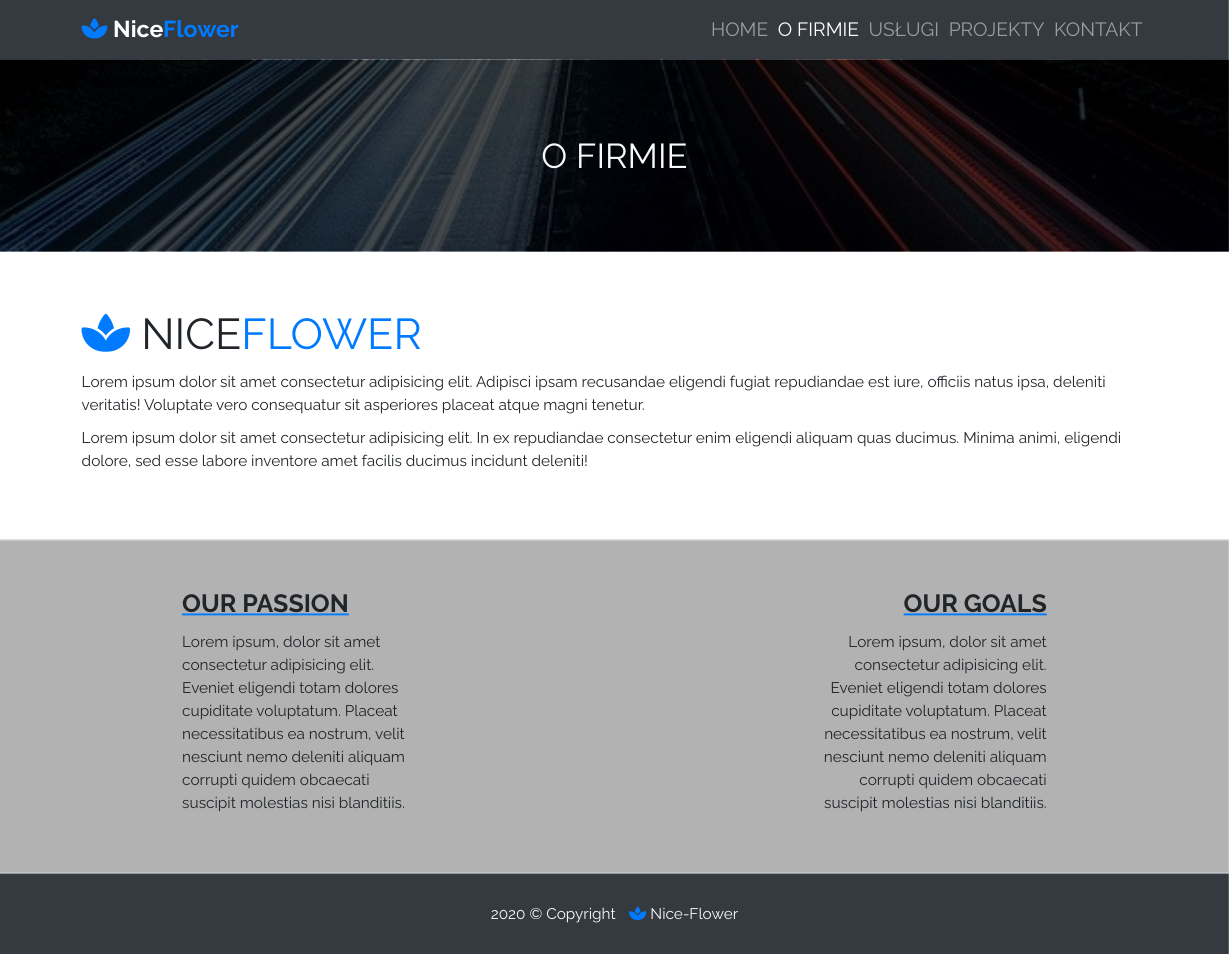
Repository: KrzysKolo/Projekt-13_Kwiaciarnia
Page: abouteus.html
An editor plug-in stored every save of this project. The page is shown before and after the next save, followed by the edit.
The browser window is 1280 px wide. The pictures show the whole page, at 96% of full size.
Some web libraries are served in a nearby version.

Above is the page before, as saved 2020-08-10 09:38:23.

After the next save:
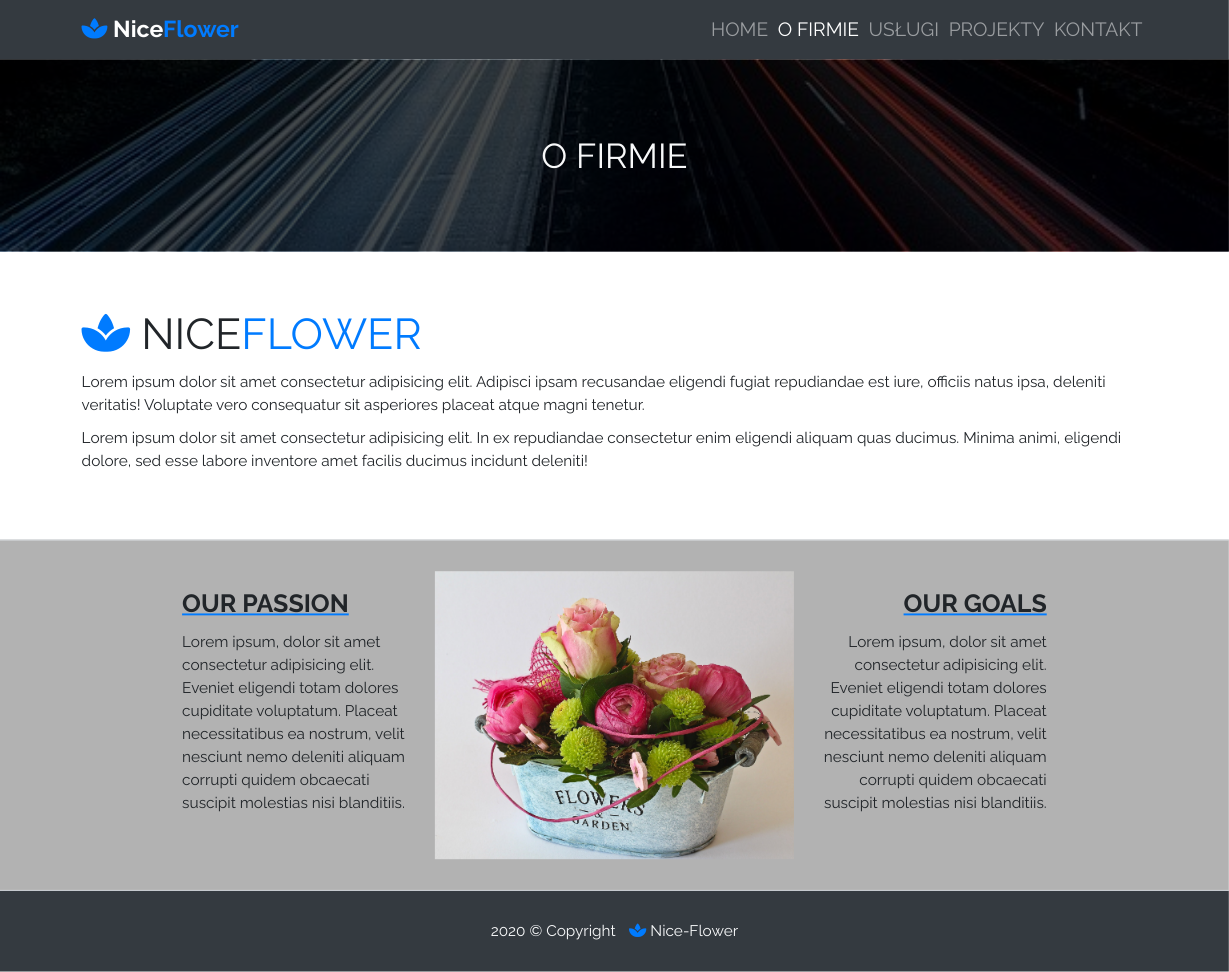
Saved 20 min 30 s later.
--- a/style.css
+++ b/style.css
@@ -129,6 +129,12 @@ header {
 .abouts-text-right {
   text-align: right;
 }
+.aboutus-img {
+  height: 300px;
+  background-image: url("./img/b5.jpg");
+  background-position: center;
+  background-size: cover;
+}
 /* ----------- */
 /*    footer   */
 /* ----------- */
